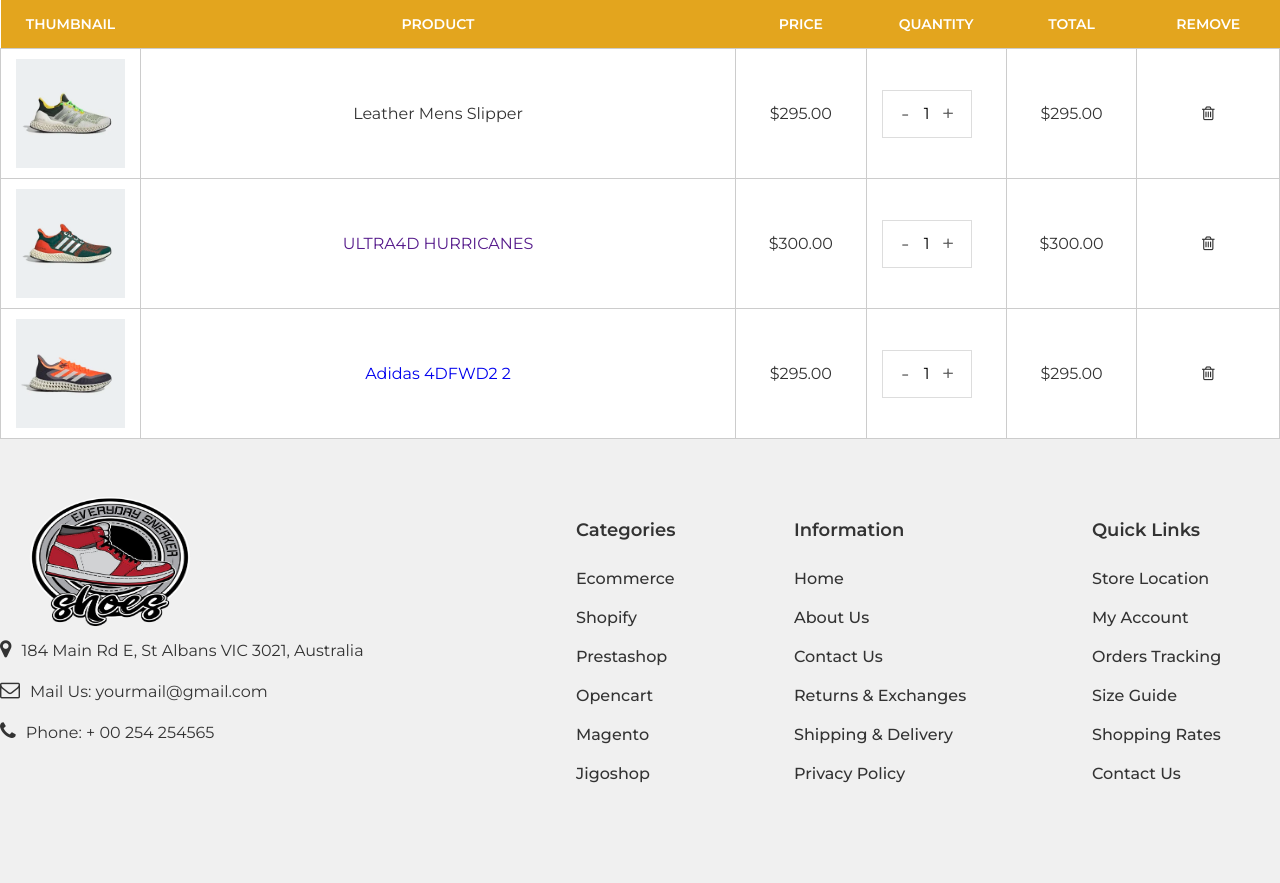
Repository: Toan3333/TranAnhToan
Page: pages/cart.html
An editor plug-in stored every save of this project. The page is shown before and after the next save, followed by the edit.
The browser window is 1280 px wide. The pictures show the part of the page from y = 328 to 1211 px (the page is 1211 px tall).

Above is the page before, as saved 2023-02-18 22:33:48.

### pages/cart.html
<!DOCTYPE html>
<html lang="en">
  <head>
    <meta charset="UTF-8" />
    <meta http-equiv="X-UA-Compatible" content="IE=edge" />
    <meta name="viewport" content="width=device-width, initial-scale=1.0" />
    <title>Cart</title>
    <link rel="stylesheet" href="../css/style.css" />
    <link
      rel="stylesheet"
      href="https://cdnjs.cloudflare.com/ajax/libs/font-awesome/4.7.0/css/font-awesome.min.css"
    />
    <link
      href="https://fonts.googleapis.com/css?family=Montserrat:100,200,300,regular,500,600,700,800,900,100italic,200italic,300italic,italic,500italic,600italic,700italic,800italic,900italic"
      rel="stylesheet"
    />
  </head>
  <body>
    <div class="main">
      <div class="container">
        <header class="header">
          <div class="header-logo">
            <a href="../index.html">
              <img src="../img/Logo-removebg-preview.png" alt=""
            /></a>
          </div>
          <nav class="header-menu">
            <a href="../index.html" class="active">Home</a>
            <a href="#">Page</a>
            <a href="../pages/shop.html">Shop</a>
            <a href="../pages/blog.html">Blog</a>
            <a href="#">Contact Us</a>
          </nav>
          <div class="header-configure">
            <div class="header-icon">
              <a href="#">
                <i class="fa fa-search" aria-hidden="true"></i>
              </a>
              <a href="../pages/login.html">
                <i class="fa fa-user" aria-hidden="true"> </i>
              </a>
              <a href="#">
                <i class="fa fa-cart-arrow-down" aria-hidden="true"> </i>
              </a>
            </div>
          </div>
        </header>
      </div>
      <section class="breadcrumb-bg">
        <div class="container">
          <div class="breadcrubm-main">
            <h1 class="breadcrubm-title">Cart</h1>
            <ul class="breadcrubm">
              <li class="breadcrubm-item">
                <a href="../index.html">Home /</a>
              </li>
              <li class="breadcrubm-item">
                <a class="active" href="./product-detail.html">Cart</a>
              </li>
            </ul>
          </div>
        </div>
      </section>
      <section class="cart">
        <div class="container">
          <table>
            <thead>
              <tr>
                <th class="pro-thumnail">Thumbnail</th>
                <th class="pro-title">Product</th>
                <th class="pro-price">Price</th>
                <th class="pro-quantity">Quantity</th>
                <th class="pro-subtotal">Total</th>
                <th class="pro-remove">Remove</th>
              </tr>
            </thead>
            <tbody>
              <tr>
                <td class="pro-thumnail">
                  <img src="../img/product-shop-1.webp" alt="" />
                </td>
                <td class="pro-title">Leather Mens Slipper</td>
                <td class="pro-price">$295.00</td>
                <td class="pro-quantity">
                  <div class="product-detail__quantity">
                    <div class="quantity cart-quantity">
                      <span class="dec">-</span>
                      <input type="text" value="1" />
                      <span class="inc">+</span>
                    </div>
                  </div>
                </td>
                <td class="pro-subtotal">$295.00</td>
                <td class="pro-remove">
                  <i class="fa fa-trash-o" aria-hidden="true"></i>
                </td>
              </tr>
              <tr>
                <td class="pro-thumnail">
                  <img src="../img/product-shop-2.webp" alt="" />
                </td>
                <td class="pro-title"><a href="">ULTRA4D HURRICANES</a></td>
                <td class="pro-price">$300.00</td>
                <td class="pro-quantity">
                  <div class="product-detail__quantity">
                    <div class="quantity cart-quantity">
                      <span class="dec">-</span>
                      <input type="text" value="1" />
                      <span class="inc">+</span>
                    </div>
                  </div>
                </td>
                <td class="pro-subtotal">$300.00</td>
                <td class="pro-remove">
                  <i class="fa fa-trash-o" aria-hidden="true"></i>
                </td>
              </tr>
              <tr>
                <td class="pro-thumnail">
                  <img src="../img/product-shop-3.webp" alt="" />
                </td>
                <td class="pro-title"><a href="#"> Adidas 4DFWD2 2</a></td>
                <td class="pro-price">$295.00</td>
                <td class="pro-quantity">
                  <div class="product-detail__quantity">
                    <div class="quantity cart-quantity">
                      <span class="dec">-</span>
                      <input type="text" value="1" />
                      <span class="inc">+</span>
                    </div>
                  </div>
                </td>
                <td class="pro-subtotal">$295.00</td>
                <td class="pro-remove">
                  <i class="fa fa-trash-o" aria-hidden="true"></i>
                </td>
              </tr>
            </tbody>
          </table>
        </div>
      </section>
      <footer class="footer">
        <div class="container">
          <div class="footer-left">
            <div class="footer-column">
              <div class="footer-logo">
                <img src="../img/Logo-removebg-preview.png" alt="Logo" />
              </div>
            </div>
            <div class="footer-content">
              <ul class="footer-menu">
                <li>
                  <i class="fa fa-map-marker" aria-hidden="true"></i>184 Main Rd
                  E, St Albans VIC 3021, Australia
                </li>
                <li>
                  <i class="fa fa-envelope-o" aria-hidden="true"></i>Mail Us:
                  yourmail@gmail.com
                </li>
                <li>
                  <i class="fa fa-phone" aria-hidden="true"></i>Phone: + 00 254
                  254565
                </li>
              </ul>
            </div>
          </div>
          <div class="footer-right">
            <div class="footer-col mr">
              <h5 class="footer-title">Categories</h5>
              <div class="footer-content">
                <ul class="footer-menu">
                  <li class="footer-list">
                    <a href="#" class="footer-link">Ecommerce</a>
                  </li>
                  <li class="footer-list">
                    <a href="#" class="footer-link">Shopify </a>
                  </li>
                  <li class="footer-list">
                    <a href="#" class="footer-link">Prestashop</a>
                  </li>
                  <li class="footer-list">
                    <a href="#" class="footer-link">Opencart </a>
                  </li>
                  <li class="footer-list">
                    <a href="#" class="footer-link">Magento</a>
                  </li>
                  <li class="footer-list">
                    <a href="#" class="footer-link">Jigoshop</a>
                  </li>
                </ul>
              </div>
            </div>
            <div class="footer-col mr">
              <h5 class="footer-title">Information</h5>
              <div class="footer-content">
                <ul class="footer-menu">
                  <li class="footer-list">
                    <a href="#" class="footer-link">Home</a>
                  </li>
                  <li class="footer-list">
                    <a href="#" class="footer-link">About Us</a>
                  </li>
                  <li class="footer-list">
                    <a href="#" class="footer-link">Contact Us</a>
                  </li>
                  <li class="footer-list">
                    <a href="#" class="footer-link">Returns & Exchanges</a>
                  </li>
                  <li class="footer-list">
                    <a href="#" class="footer-link">Shipping & Delivery</a>
                  </li>
                  <li class="footer-list">
                    <a href="#" class="footer-link">Privacy Policy</a>
                  </li>
                </ul>
              </div>
            </div>
            <div class="footer-col ml">
              <h5 class="footer-title">Quick Links</h5>
              <div class="footer-content">
                <ul class="footer-menu">
                  <li class="footer-list">
                    <a href="#" class="footer-link">Store Location</a>
                  </li>
                  <li class="footer-list">
                    <a href="#" class="footer-link">My Account</a>
                  </li>
                  <li class="footer-list">
                    <a href="#" class="footer-link">Orders Tracking</a>
                  </li>
                  <li class="footer-list">
                    <a href="#" class="footer-link">Size Guide</a>
                  </li>
                  <li class="footer-list">
                    <a href="#" class="footer-link">Shopping Rates </a>
                  </li>
                  <li class="footer-list">
                    <a href="#" class="footer-link">Contact Us </a>
                  </li>
                </ul>
              </div>
            </div>
          </div>
        </div>
      </footer>
    </div>
  </body>
</html>

Loaded but not shown: css/style.css (1442 lines, source omitted)

After the next save:
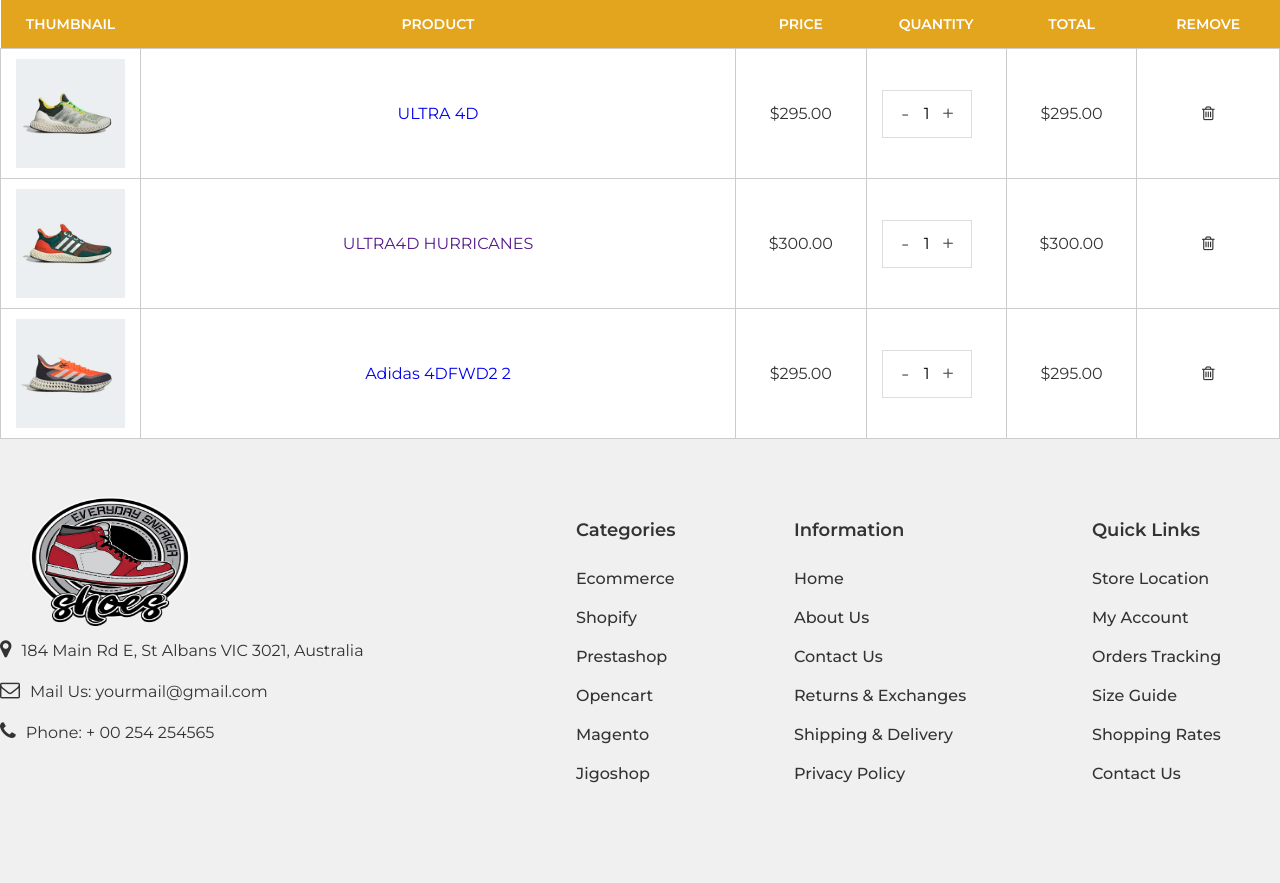
Saved 28 s later.
--- a/pages/cart.html
+++ b/pages/cart.html
@@ -79,7 +79,7 @@
                 <td class="pro-thumnail">
                   <img src="../img/product-shop-1.webp" alt="" />
                 </td>
-                <td class="pro-title">Leather Mens Slipper</td>
+                <td class="pro-title"><a href="#">ULTRA 4D</a></td>
                 <td class="pro-price">$295.00</td>
                 <td class="pro-quantity">
                   <div class="product-detail__quantity">
